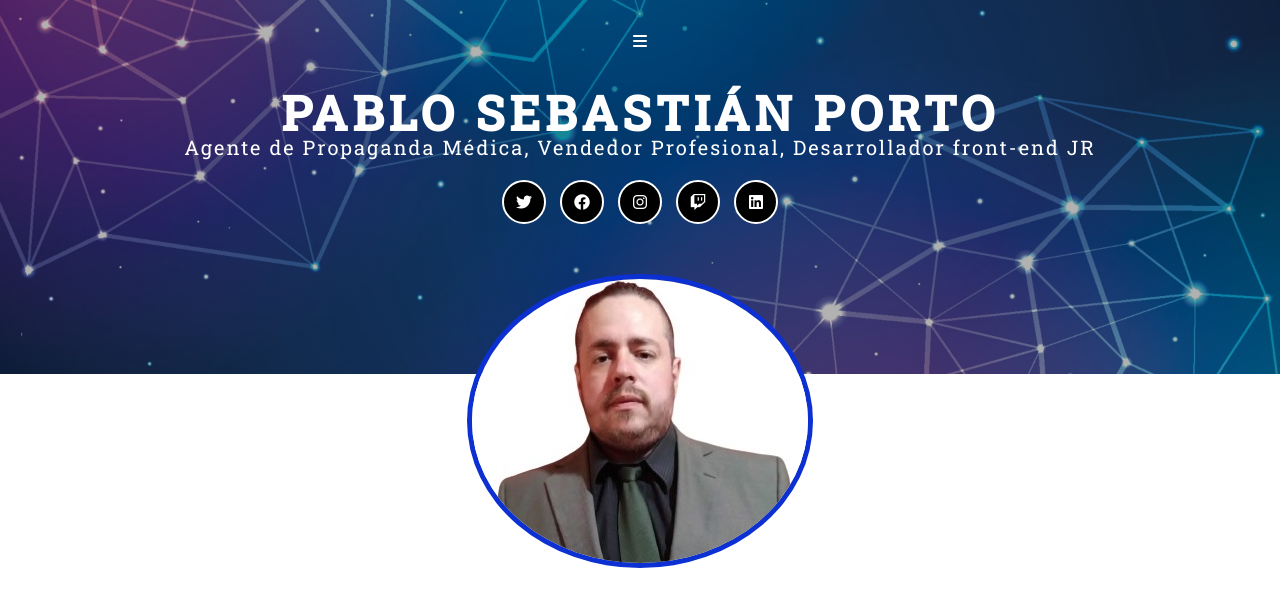
Repository: PabloSebastianPorto/Entrega-CV-1-ARG-PROG
Page: CVFINAL/CVfinal.HTML
These files come from the project's save history. The page is drawn as it stood at one moment and after the next save; the edit follows.
The browser window is 1280 px wide. The pictures show the whole page.
Some web libraries are served in a nearby version.

Above is the page before, as saved 2023-02-25 18:49:30.

### CVFINAL/CVfinal.HTML
<!DOCTYPE html>
<html lang="es">
  <head>
    <meta charset="UTF-8" />
    <meta http-equiv="X-UA-Compatible" content="IE=edge" />
    <meta name="viewport" content="width=device-width, initial-scale=1.0" />
    <title>Document</title>
    <link
      rel="stylesheet"
      href="https://cdnjs.cloudflare.com/ajax/libs/font-awesome/6.3.0/css/all.min.css"
      integrity="sha512-SzlrxWUlpfuzQ+pcUCosxcglQRNAq/DZjVsC0lE40xsADsfeQoEypE+enwcOiGjk/bSuGGKHEyjSoQ1zVisanQ=="
      crossorigin="anonymous"
      referrerpolicy="no-referrer"
    />
    <link rel="stylesheet" href="CVfinal.css" />
    <title>CV Pablo Sebastián Porto</title>
  </head>
  <body>
    <section class="inicio" id="inicio">
      <div class="contenido-seccion">
        <header>
          <div class="nav-clas"></div>
          <i class="fa-solid fa-bars"></i>
          <nav id="nav" class="nav">
            <a href="#Inicio">Inicio</a>
            <a href="#Sobre Mí">Sobre Mí</a>
            <a href="#Habilidades">Habilidades</a>
            <a href="#Contactame">Contactame</a>
          </nav>
        </header>
        <div class="info">
          <h1>PABLO SEBASTIÁN PORTO</h1>
          <h2>
            Agente de Propaganda Médica, Vendedor Profesional, Desarrollador
            front-end JR
          </h2>
          <div class="redes">
            <a href="#"><i class="fa-brands fa-twitter"></i></a>
            <a href="#"><i class="fa-brands fa-facebook"></i></a>
            <a href="#"><i class="fa-brands fa-instagram"></i></a>
            <a href="#"><i class="fa-brands fa-twitch"></i></a>
            <a href="#"><i class="fa-brands fa-linkedin"></i></a>
          </div>
        </div>
        <div class="foto">
          <img
            src="IMG/CVfoto.jpg"
            alt="Aca va una imagen, pero se la robaron"
          />
        </div>
      </div>
    </section>
  </body>
</html>

### CVFINAL/CVfinal.css
@import url("https://fonts.googleapis.com/css2?family=Roboto+Slab:wght@100;200;300;400;500&display=swap");
* {
  font-family: "Roboto Slab", serif;
  margin: 0;
  padding: 0;
}
html {
  scroll-behavior: smooth;
}
.inicio {
  background: linear-gradient(rgba(0, 0, 0, 0.3), rgba(0, 0, 0, 0.3)),
    url(IMG/imagen-fondo.jpg);
  background-size: cover;
  background-position: center center;
  color: #ffffff;
}
.inicio .contenido-seccion {
  max-width: 1000px;
  margin: auto;
  text-align: center;
  padding: 0 10px;
}
.inicio .contenido-seccion header {
  padding: 30px;
}
.inicio .contenido-seccion header nav {
  position: fixed;
  margin-left: 60px;
  background-color: #2b092e;
  padding: 15px;
  border-radius: 10px;
  text-align: left;
  z-index: 99;
  display: none;
}
.inicio .contenido-seccion header nav a {
  display: block;
  color: #86e41b;
  text-decoration: none;
  margin-bottom: 10px;
  font-weight: bold;
}
.inicio .contenido-seccion header .nav-bar {
  position: fixed;
  background-color: #940253;
  font-size: 20px;
  width: 50px;
  height: 50px;
  border-radius: 50%;
  line-height: 50px;
  cursor: pointer;
  transition: 0.3s;
}
.inicio .contenido-seccion header .nav-bar:hover {
  box-shadow: 0 0 35px #fff;
}
.inicio .contenido-seccion .info {
  padding-bottom: 130px;
}
.inicio .contenido-seccion .info h1 {
  font-size: 3rem;
  letter-spacing: 5px;
}
.inicio .contenido-seccion .info h2 {
  font-weight: normal;
  font-size: 20px;
  margin-top: -10px;
  letter-spacing: 2px;
}
.inicio .contenido-seccion .info .redes {
  margin: 20px 0;
}
.inicio .contenido-seccion .info .redes a {
  display: inline-block;
  text-decoration: none;
  background-color: #000;
  color: #ffffff;
  border: 2px solid #ffffff;
  border-radius: 50%;
  width: 40px;
  height: 40px;
  line-height: 40px;
  margin: 0 5px;
  transition: 0.3s;
}
.inicio .contenido-seccion .info .redes a:hover {
  color: #fff;
  background-color: #4777dd;
  box-shadow: 0 0 20px #fff;
}
.inicio .contenido-seccion .foto {
  position: relative;
}
.inicio .contenido-seccion .foto img {
  max-width: 350px;
  max-height: 350px;
  border-radius: 50%;
  border: 5px solid #0c30d1;
  position: absolute;
  left: 50%;
  top: -100px;
  transform: translateX(-50%);
}

After the next save:
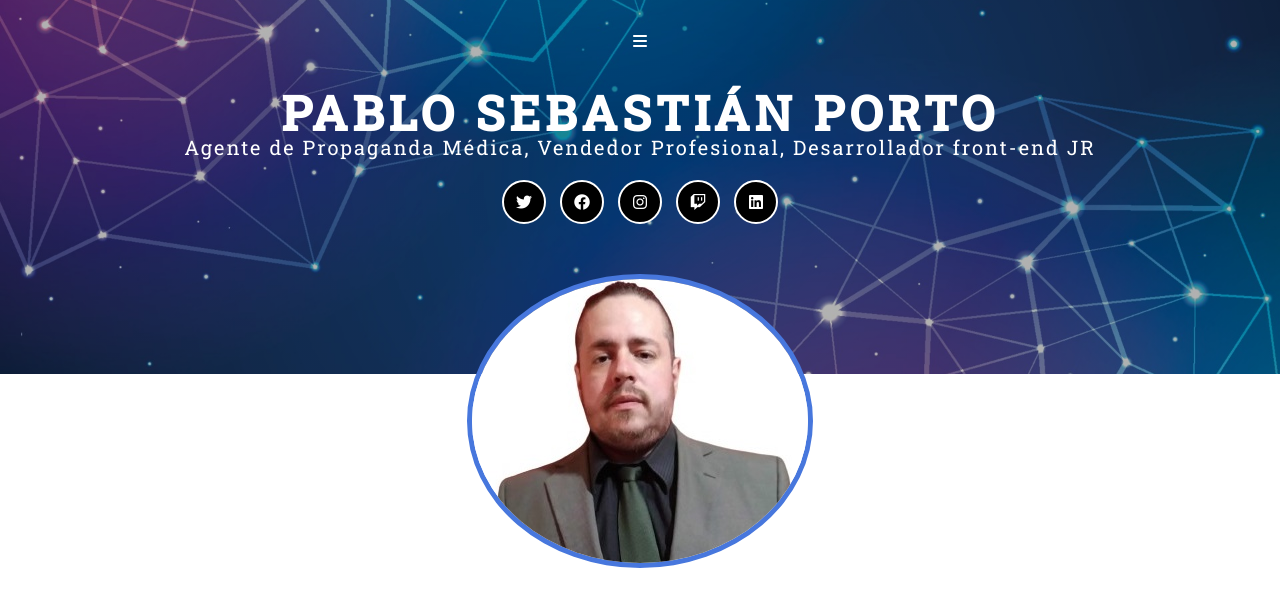
Saved 72 s later.
--- a/CVFINAL/CVfinal.css
+++ b/CVFINAL/CVfinal.css
@@ -95,7 +95,7 @@ html {
   max-width: 350px;
   max-height: 350px;
   border-radius: 50%;
-  border: 5px solid #0c30d1;
+  border: 5px solid #4777dd;
   position: absolute;
   left: 50%;
   top: -100px;
